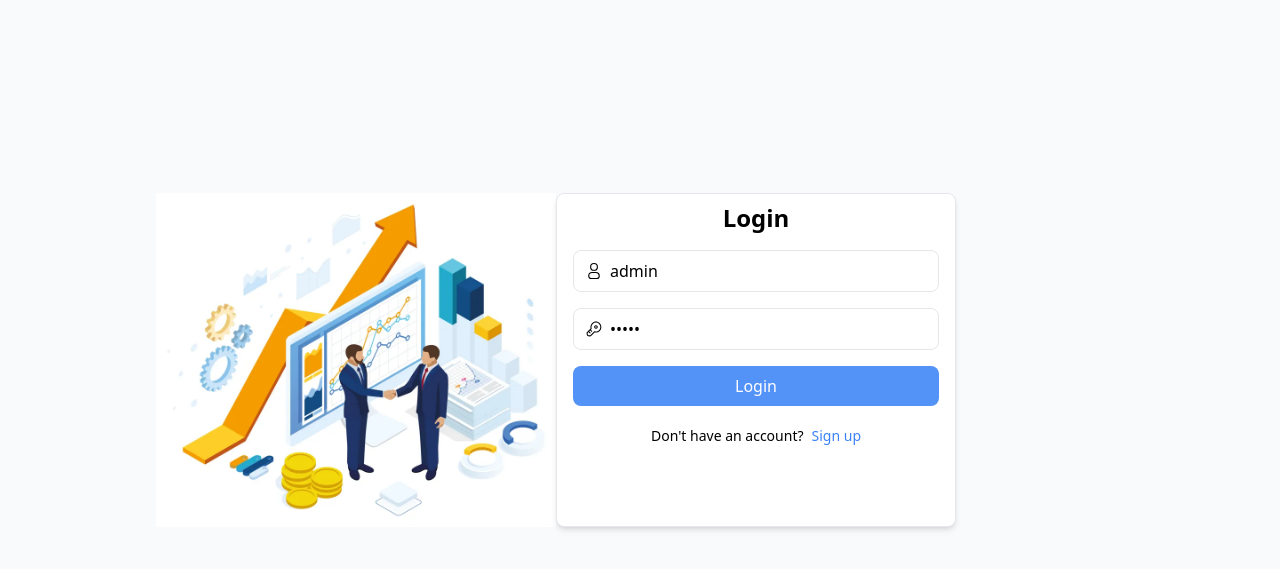
Repository: Fortivera/yourestate
Page: /
These files come from the project's save history. The page is drawn as it stood at one moment and after the next save; the edit follows.
The browser window is 1280 px wide. The pictures show the whole page.
The project was rebuilt for these pictures with package versions that can differ from the ones it lists, and the page was loaded fresh each time. The framework's server and built-in components were replaced by stand-ins that run in the browser. Also part of the build but not shown: next.config.js.

Above is the page before, as saved 2023-11-01 23:42:58.

After the next save:
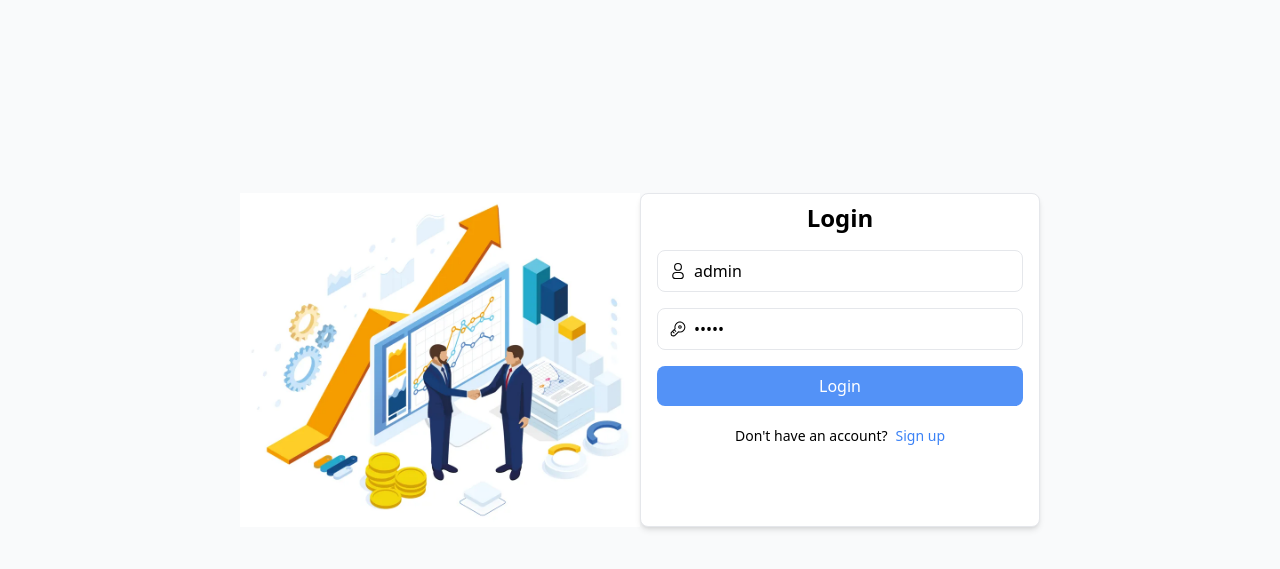
Saved 10 s later.
--- a/src/app/page.tsx
+++ b/src/app/page.tsx
@@ -7,7 +7,7 @@
   return (
     <div className="min-h-screen bg-gray-50 flex items-center justify-center">
       <div className="w-full px-4 py-10 tablet:w-[540px] laptop:w-[1000px]">
-        <div className="flex justify-centertablet:flex tablet:flex-col laptop:flex-row">
+        <div className="flex justify-center tablet:flex tablet:flex-col laptop:flex-row">
           <figure className="w-full tablet:w-[300px] laptop:w-[400px]">
             <Image src="/static/growth.jpg" alt="login page picture" layout="responsive" width={300} height={200} />
           </figure>

After the 3 saves that followed:
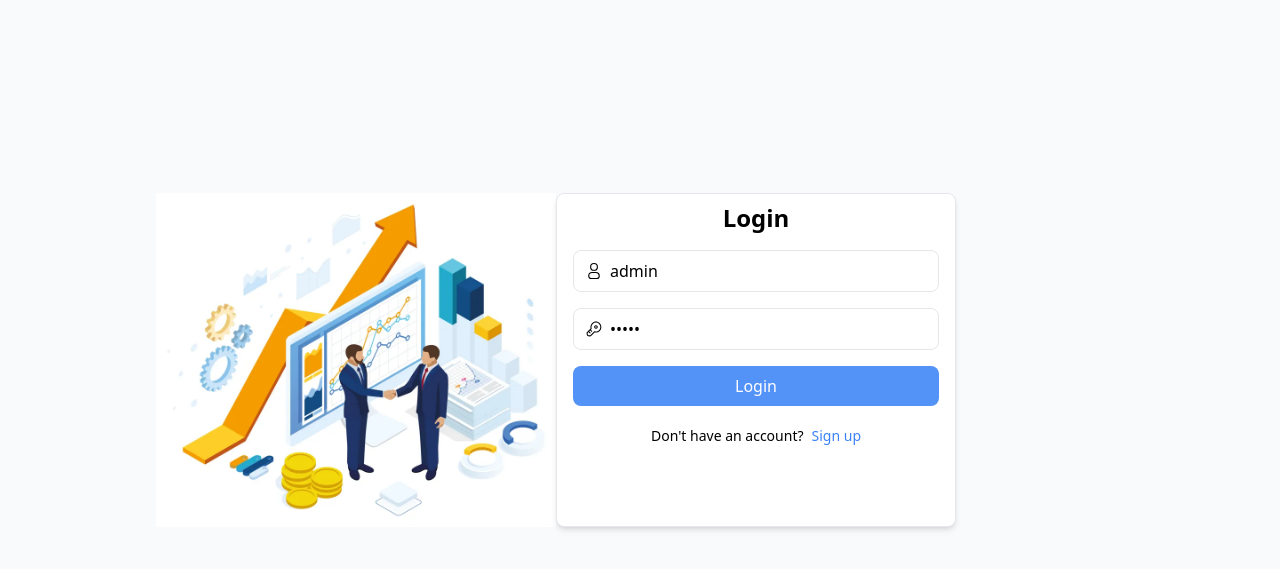
The 3 saves are shown as one change because 2 left the picture as it was.
The last was saved 74 s later.
--- a/src/app/page.tsx
+++ b/src/app/page.tsx
@@ -7,7 +7,7 @@
   return (
     <div className="min-h-screen bg-gray-50 flex items-center justify-center">
       <div className="w-full px-4 py-10 tablet:w-[540px] laptop:w-[1000px]">
-        <div className="flex justify-center tablet:flex tablet:flex-col laptop:flex-row">
+        <div className="tablet:flex tablet:flex-col laptop:flex-row">
           <figure className="w-full tablet:w-[300px] laptop:w-[400px]">
             <Image src="/static/growth.jpg" alt="login page picture" layout="responsive" width={300} height={200} />
           </figure>
